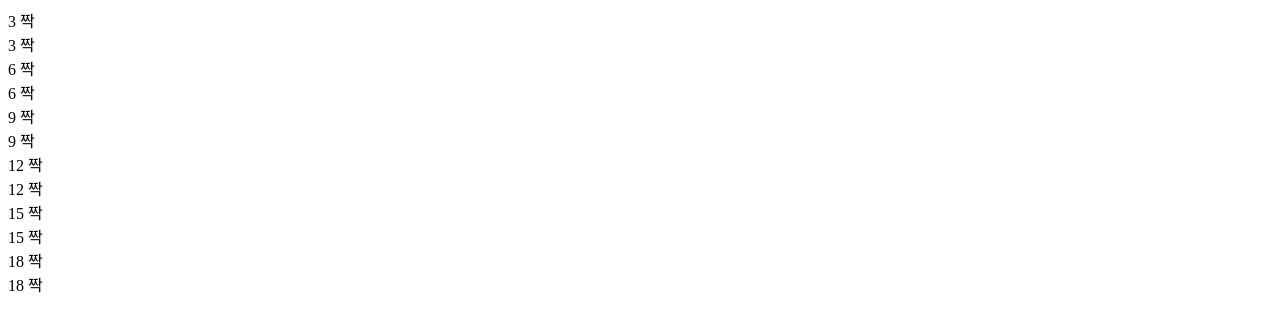
Repository: Jamikidu/newJsp
Page: http://localhost/jspProj/basic/game_369.jsp
The author's editor kept a copy of each file at every save. The page is drawn from the files as they stood at one save, then again after the next save.
The browser window is 1280 px wide. The pictures show the whole page.
The page is served by Tomcat 9.

Above is the page before, as saved 2023-07-26 03:05:23.

After the next save:
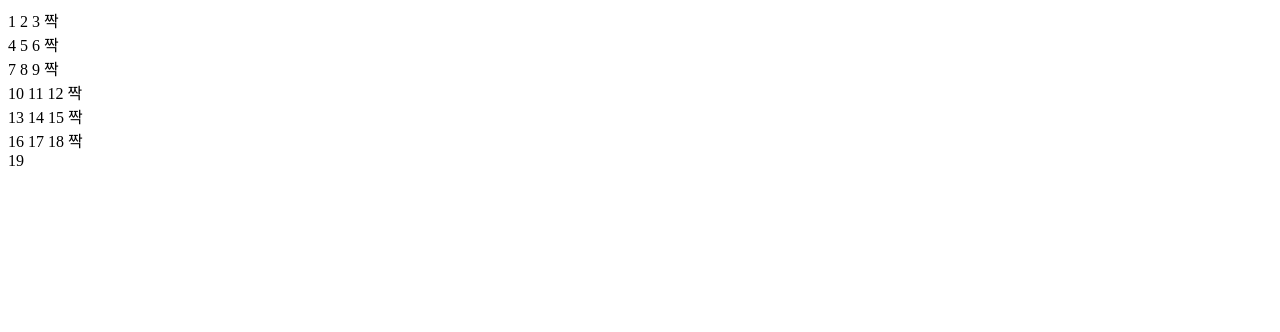
Saved 49 s later.
--- a/jspProj/src/main/webapp/basic/game_369.jsp
+++ b/jspProj/src/main/webapp/basic/game_369.jsp
@@ -11,7 +11,9 @@
 	for(int i=1; i<20 ;i++){
 		if(i%3 == 0){
 			out.println(i + " 짝 </br>");
-			out.println(i + " 짝 </br>");
+		}
+		else{
+			out.println(i);
 		}
 	}
 %>
